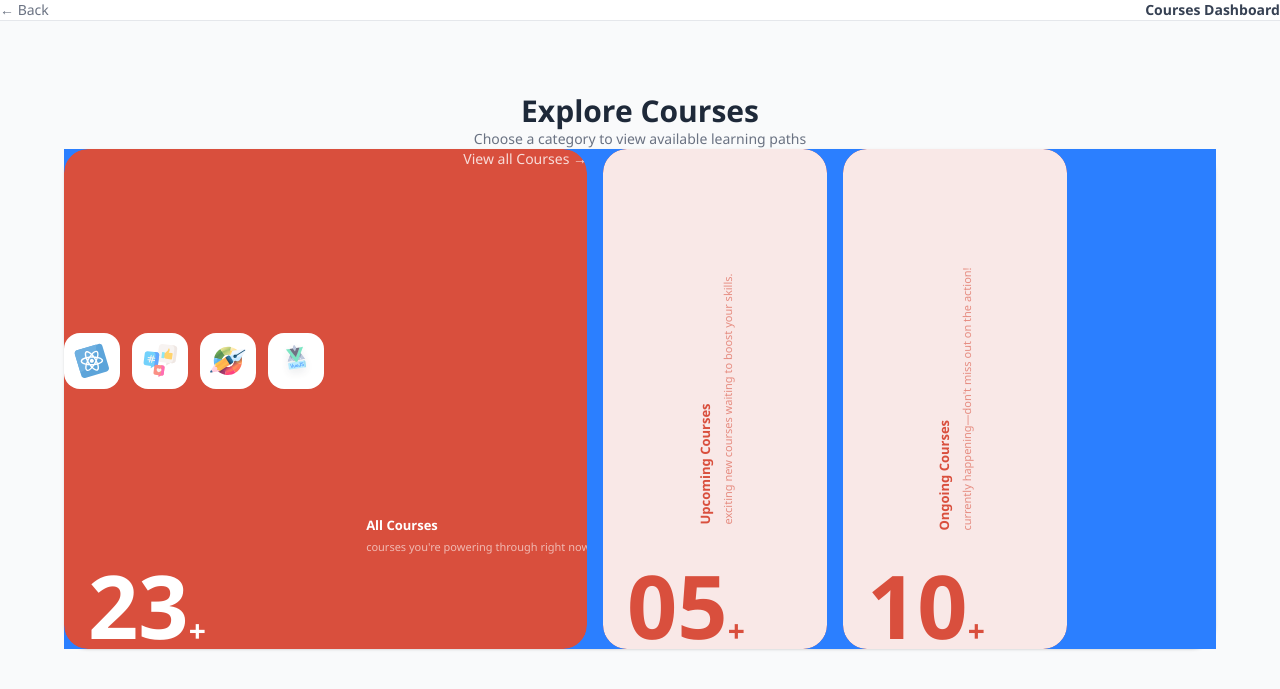
Repository: RahulRajKhadka/nextjs-dashboard-app
Page: /task2
These files come from the project's save history. The page is drawn as it stood at one moment and after a run of saves; the edit follows.
The browser window is 1280 px wide. The pictures show the whole page.
The project was rebuilt for these pictures with package versions that can differ from the ones it lists, and the page was loaded fresh each time. The framework's server and built-in components were replaced by stand-ins that run in the browser. Also part of the build but not shown: next.config.ts.

Above is the page before, as saved 2026-04-10 11:20:38.

After the next 2 saves:
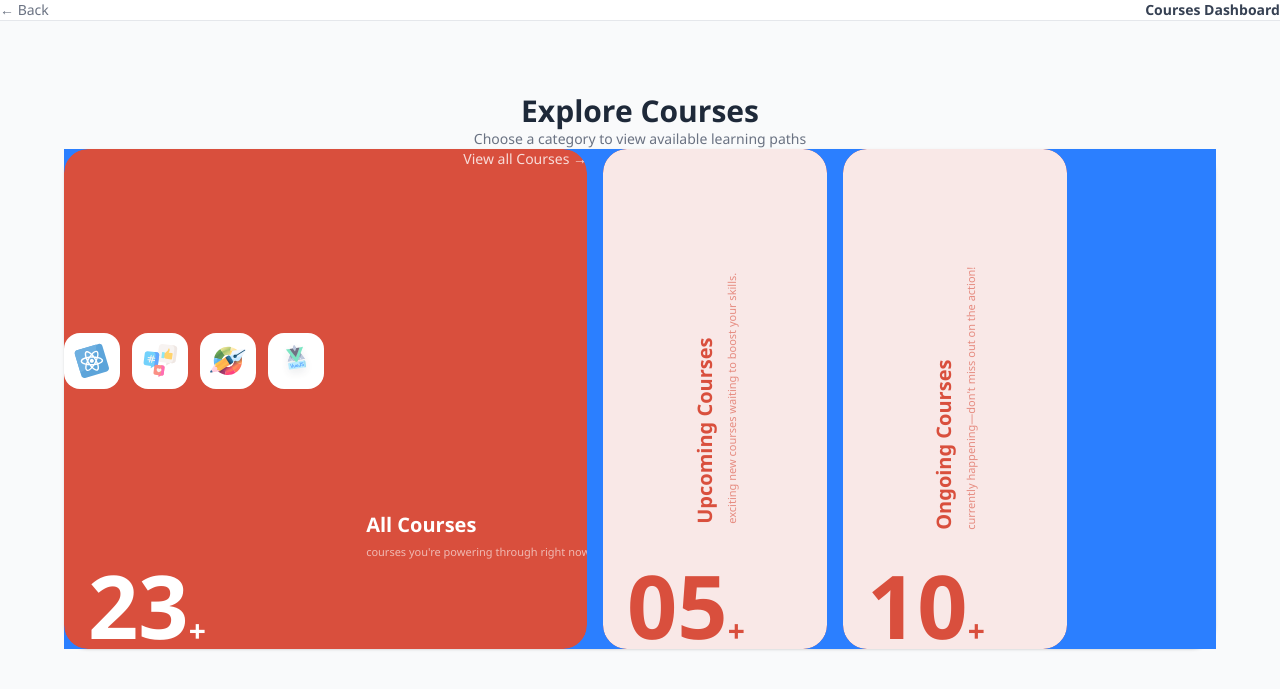
The 2 saves are shown as one change because they came seconds apart.
The last was saved 2 min 23 s later.
--- a/src/components/task2/CourseCard.tsx
+++ b/src/components/task2/CourseCard.tsx
@@ -166,7 +166,7 @@ export default function CourseCard({
             color: course.textColor,
           }}
         >
-          <span className="font-bold text-[13px] whitespace-nowrap" style={{ color: "inherit" }}>
+          <span className="font-bold text-[20px] whitespace-nowrap" style={{ color: "inherit" }}>
             {course.label}
           </span>
           <p className="text-[11px] opacity-60 whitespace-nowrap" style={{ color: "inherit" }}>
